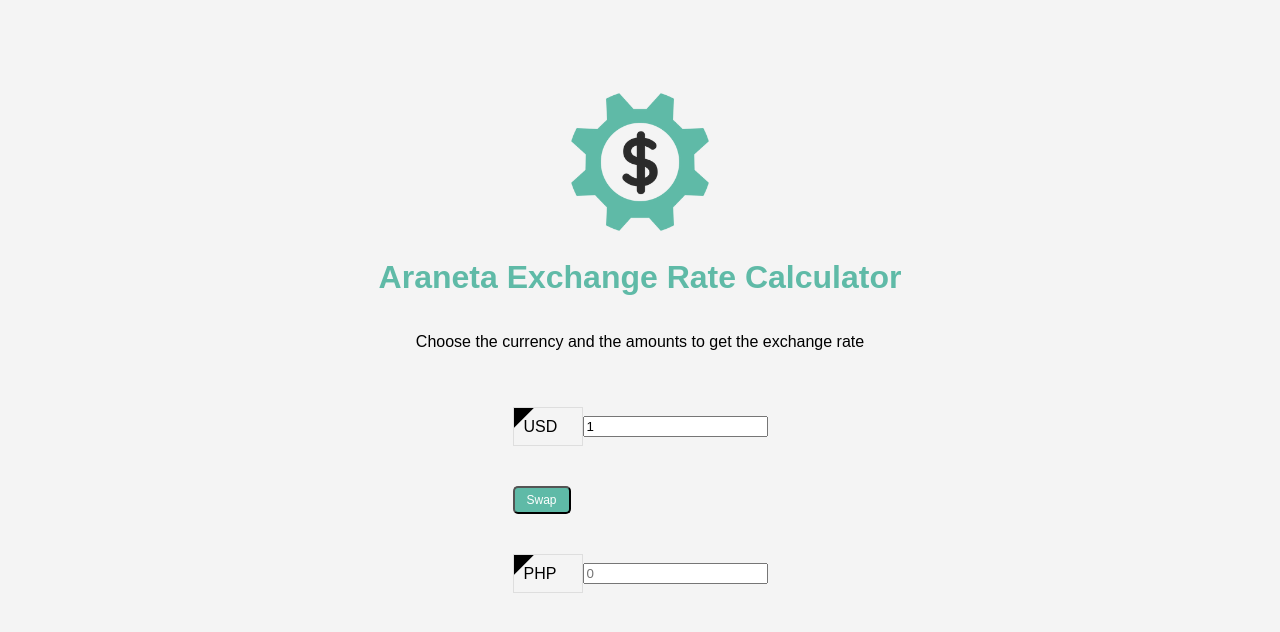
Repository: kenneth1175/ExchangeRateCalculator
Page: index.html
The author's editor kept a copy of each file at every save. The page is drawn from the files as they stood at one save, then again after the next save.
The browser window is 1280 px wide. The pictures show the whole page.

Above is the page before, as saved 2025-10-03 23:03:43.

### index.html
<!DOCTYPE html>
<html lang="en">
  <head>
    <meta charset="UTF-8" />
    <meta name="viewport" content="width=device-width, initial-scale=1.0" />
    <title>Araneta Exchange Rate Calculator</title>
    <link rel="stylesheet" href="style.css" />
  </head>
  <body>
    <img src="./img/money.png" alt="logo" class="money-img" />
    <h1>Araneta Exchange Rate Calculator</h1>
    <p>Choose the currency and the amounts to get the exchange rate</p>

    <div class="container">
      <div class="currency">
        <select id="currency-one">
          <option value="AED">AED</option>
          <option value="ARS">ARS</option>
          <option value="AUD">AUD</option>
          <option value="BGN">BGN</option>
          <option value="BRL">BRL</option>
          <option value="BSD">BSD</option>
          <option value="CAD">CAD</option>
          <option value="CHF">CHF</option>
          <option value="CLP">CLP</option>
          <option value="CNY">CNY</option>
          <option value="COP">COP</option>
          <option value="CZK">CZK</option>
          <option value="DKK">DKK</option>
          <option value="DOP">DOP</option>
          <option value="EGP">EGP</option>
          <option value="EUR">EUR</option>
          <option value="FJD">FJD</option>
          <option value="GBP">GBP</option>
          <option value="GTQ">GTQ</option>
          <option value="HKD">HKD</option>
          <option value="HRK">HRK</option>
          <option value="HUF">HUF</option>
          <option value="IDR">IDR</option>
          <option value="ILS">ILS</option>
          <option value="INR">INR</option>
          <option value="ISK">ISK</option>
          <option value="JPY">JPY</option>
          <option value="KRW">KRW</option>
          <option value="KZT">KZT</option>
          <option value="MXN">MXN</option>
          <option value="MYR">MYR</option>
          <option value="NOK">NOK</option>
          <option value="NZD">NZD</option>
          <option value="PAB">PAB</option>
          <option value="PEN">PEN</option>
          <option value="PHP">PHP</option>
          <option value="PKR">PKR</option>
          <option value="PLN">PLN</option>
          <option value="PYG">PYG</option>
          <option value="RON">RON</option>
          <option value="RUB">RUB</option>
          <option value="SAR">SAR</option>
          <option value="SEK">SEK</option>
          <option value="SGD">SGD</option>
          <option value="THB">THB</option>
          <option value="TRY">TRY</option>
          <option value="TWD">TWD</option>
          <option value="UAH">UAH</option>
          <option value="USD" selected>USD</option>
          <option value="UYU">UYU</option>
          <option value="VND">VND</option>
          <option value="ZAR">ZAR</option>
        </select>
        <input type="number" id="amount-one" placeholder="0" value="1" />
      </div>

      <div class="swap-rate-container">
        <button class="btn" id="rate">Swap</button>
        <div class="rate" id="rate"></div>
      </div>

      <div class="currency">
        <select id="currency-two">
          <option value="AED">AED</option>
          <option value="ARS">ARS</option>
          <option value="AUD">AUD</option>
          <option value="BGN">BGN</option>
          <option value="BRL">BRL</option>
          <option value="BSD">BSD</option>
          <option value="CAD">CAD</option>
          <option value="CHF">CHF</option>
          <option value="CLP">CLP</option>
          <option value="CNY">CNY</option>
          <option value="COP">COP</option>
          <option value="CZK">CZK</option>
          <option value="DKK">DKK</option>
          <option value="DOP">DOP</option>
          <option value="EGP">EGP</option>
          <option value="EUR">EUR</option>
          <option value="FJD">FJD</option>
          <option value="GBP">GBP</option>
          <option value="GTQ">GTQ</option>
          <option value="HKD">HKD</option>
          <option value="HRK">HRK</option>
          <option value="HUF">HUF</option>
          <option value="IDR">IDR</option>
          <option value="ILS">ILS</option>
          <option value="INR">INR</option>
          <option value="ISK">ISK</option>
          <option value="JPY">JPY</option>
          <option value="KRW">KRW</option>
          <option value="KZT">KZT</option>
          <option value="MXN">MXN</option>
          <option value="MYR">MYR</option>
          <option value="NOK">NOK</option>
          <option value="NZD">NZD</option>
          <option value="PAB">PAB</option>
          <option value="PEN">PEN</option>
          <option value="PHP" selected>PHP</option>
          <option value="PKR">PKR</option>
          <option value="PLN">PLN</option>
          <option value="PYG">PYG</option>
          <option value="RON">RON</option>
          <option value="RUB">RUB</option>
          <option value="SAR">SAR</option>
          <option value="SEK">SEK</option>
          <option value="SGD">SGD</option>
          <option value="THB">THB</option>
          <option value="TRY">TRY</option>
          <option value="TWD">TWD</option>
          <option value="UAH">UAH</option>
          <option value="USD">USD</option>
          <option value="UYU">UYU</option>
          <option value="VND">VND</option>
          <option value="ZAR">ZAR</option>
        </select>
        <input type="number" id="amount-two" placeholder="0" />
      </div>
    </div>
    <script src="script.js"></script>
  </body>
</html>

### style.css
:root {
  --primary-color: #5fbaa7;
}

* {
  box-sizing: border-box;
}

body {
  background-color: #f4f4f4;
  font-family: Arial, Helvetica, sans-serif;
  display: flex;
  flex-direction: column;
  align-items: center;
  justify-content: center;
  height: 100vh;
  margin: 0;
  padding: 20px;
}

h1 {
  color: var(--primary-color);
}

p {
  text-align: center;
}

.btn {
  color: #fff;
  background: var(--primary-color);
  cursor: pointer;
  border-radius: 5px;
  font-size: 12px;
  padding: 5px 12px;
}

.money-img {
  width: 150px;
}

.currency {
  padding: 40px 0;
  display: flex;
  align-items: center;
  justify-content: space-between;
}

.currency select {
  padding: 10px 20px 10px 10px;
  -moz-appearance: none;
  -webkit-appearance: none;
  appearance: none;
  border: 1px solid #dedede;
  font-size: 16px;
  background: transparent;
  background-image: url("data:[embedded picture, 475 characters]");
  background-position: right 10px top 50%, 0, 0;
}

Loaded but not shown: script.js (no stored copy; drawn as an empty file)

After the next save:
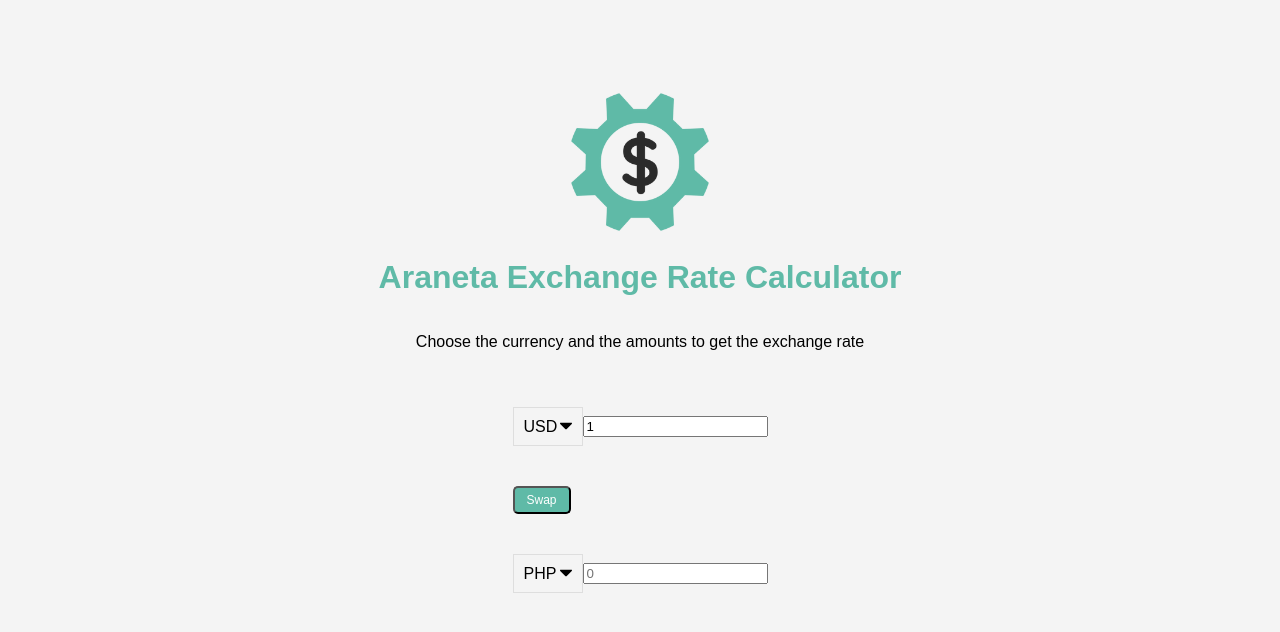
Saved 86 s later.
--- a/style.css
+++ b/style.css
@@ -56,4 +56,6 @@ p {
   background: transparent;
   background-image: url("data:[embedded picture, 475 characters]");
   background-position: right 10px top 50%, 0, 0;
+  background-size: 12px auto, 100%;
+  background-repeat: no-repeat;
 }
